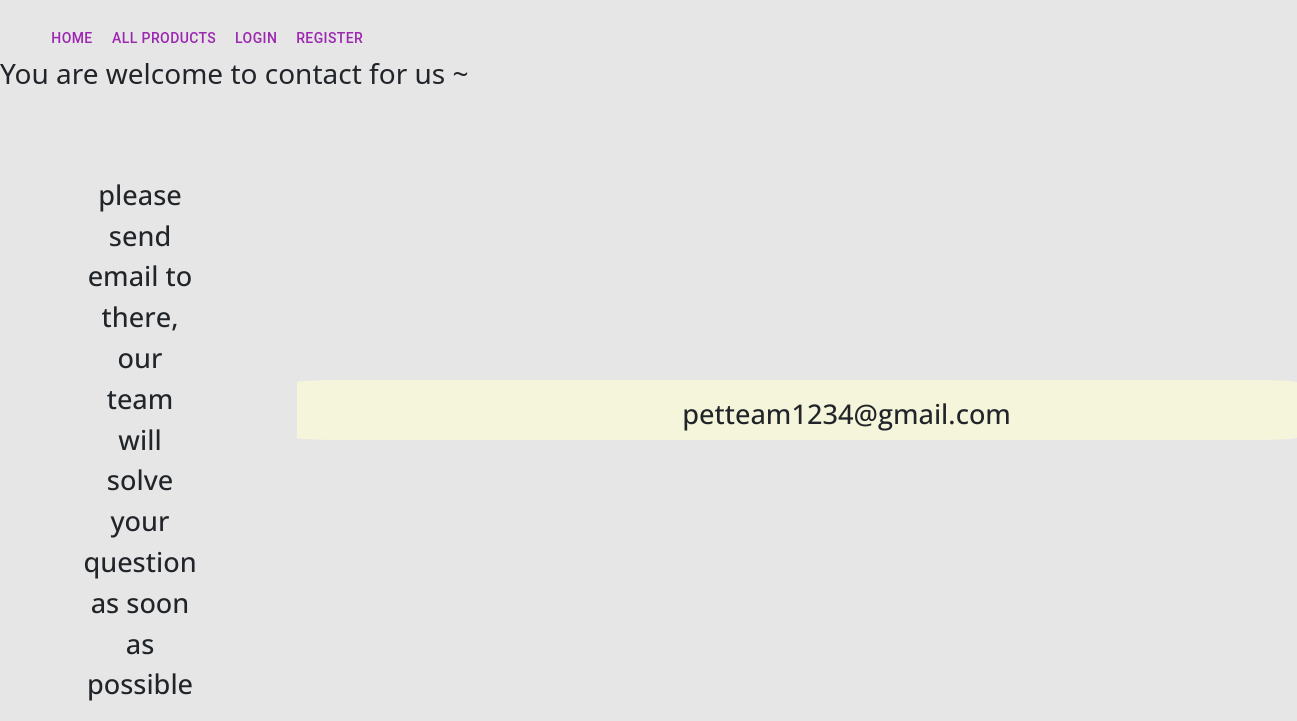
Repository: dzwfighting/pet
Page: /contact
These files come from the project's save history. The page is drawn as it stood at one moment and after the next save; the edit follows.
The browser window is 1280 px wide. The page is 1297 px wide, then 1280 px, then 1297 px, so the pictures cover 1297 px, including what lies to the right of the window. The pictures show the whole page.
The project was rebuilt for these pictures with package versions that can differ from the ones it lists, and the page was loaded fresh each time. Also part of the build but not shown: src/components/homeComponent.js, src/components/Layout.js, src/components/checkoutComponent.js, src/fake-data/products.js, src/styles/css/cart.css, src/components/ShopCartComponent.js, src/components/productsDetail.js, src/manipulate/checkValid.js and 10 more.

Above is the page before, as saved 2023-08-20 10:06:00.

After the next save:
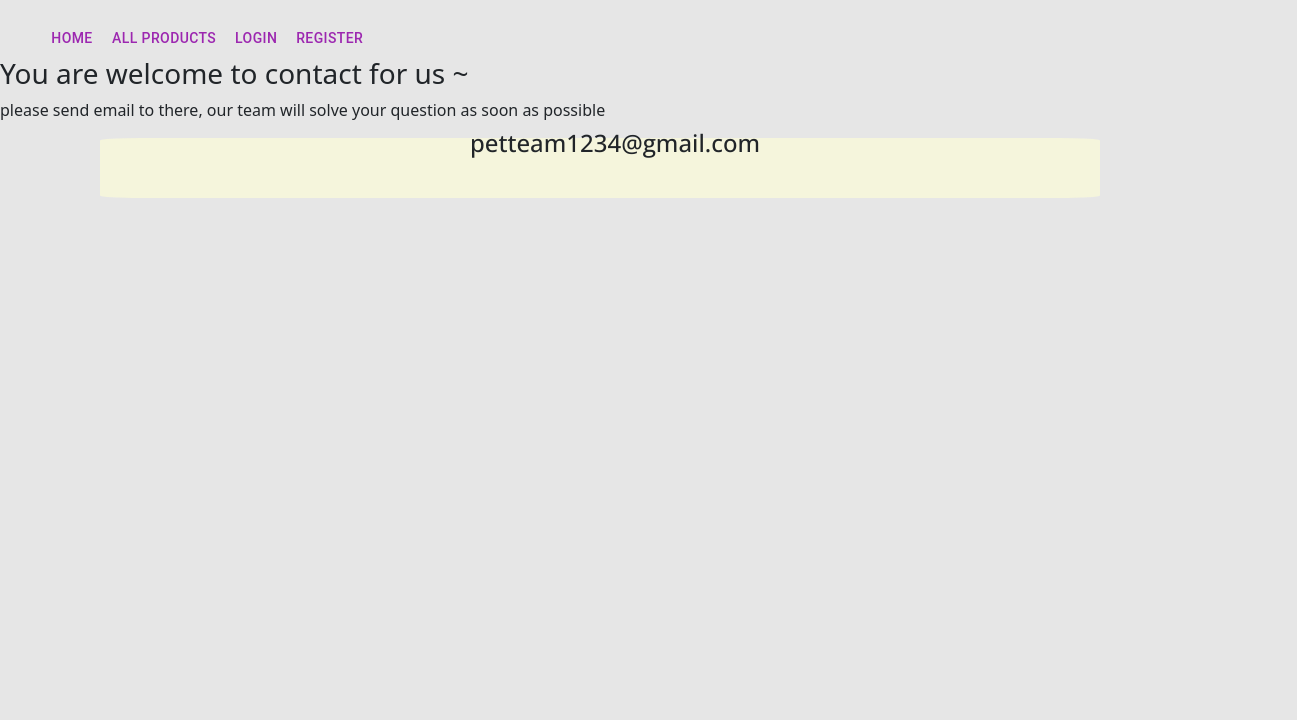
Saved 20 s later.
--- a/src/components/Contactus.js
+++ b/src/components/Contactus.js
@@ -11,7 +11,7 @@ const Contactus = () => {
     <div>
       <NavComponent />
       <h3>You are welcome to contact for us ~</h3>
-      <div className="containerSet">
+      <div className="contactContainerSet">
         <p>
           please send email to there, our team will solve your question as soon
           as possible

After the save that followed:
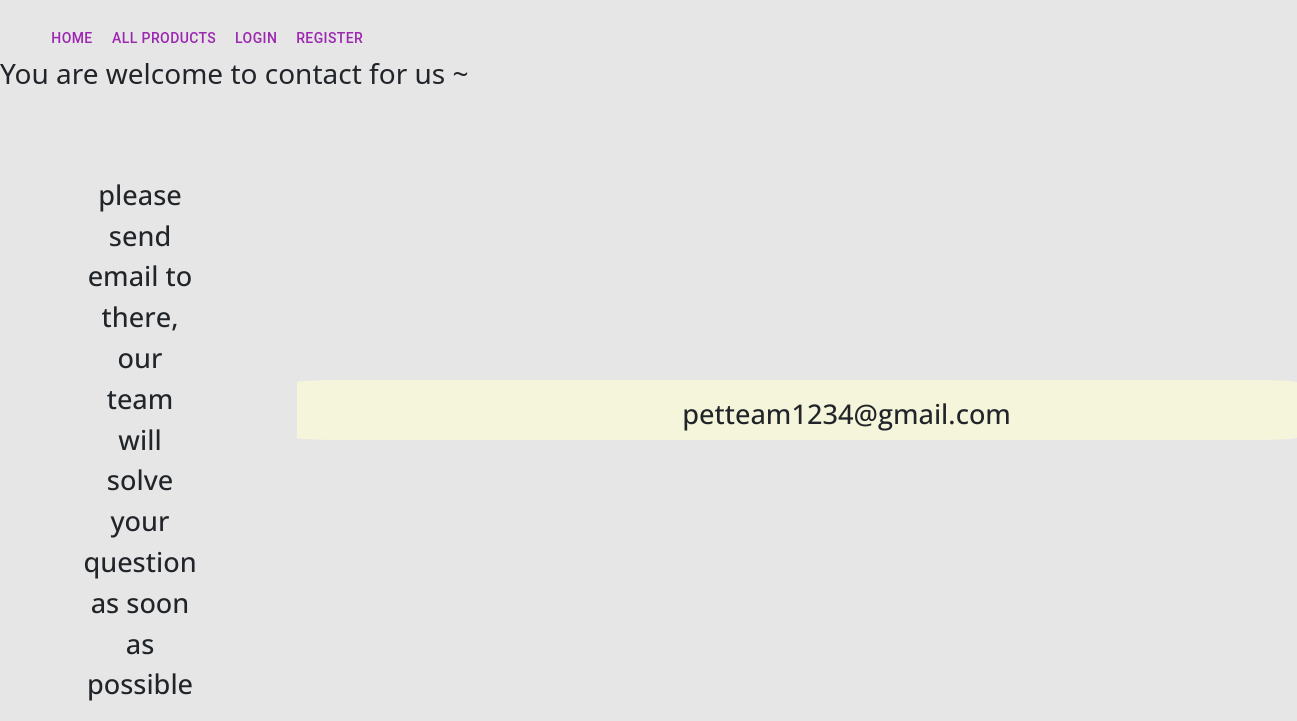
Saved 62 s later.
--- a/src/styles/css/contact.css
+++ b/src/styles/css/contact.css
@@ -1,5 +1,5 @@
 @import url("https://fonts.googleapis.com/css2?family=Open+Sans:wght@500&display=swap");
-.containerSet h3 {
+.contactContainerSet h3 {
   display: flex;
   justify-content: center;
   align-items: center;
@@ -8,7 +8,7 @@
   margin-left: 5%;
   font-size: 1.8rem;
 }
-.containerSet p {
+.contactContainerSet p {
   font-family: "Open Sans", sans-serif;
   margin-top: 6%;
   font-size: 1.5rem;
@@ -33,7 +33,7 @@
 }
 
 @media screen and (min-width: 1025px) {
-  .containerSet h3 {
+  .contactContainerSet h3 {
     display: flex;
     justify-content: center;
     align-items: center;
@@ -42,13 +42,13 @@
     font-size: 2.5rem;
     font-weight: 900;
   }
-  .containerSet {
-    display: flex;
-    justify-content: center;
-    align-items: center;
-    text-align: center;
-  }
-  .containerSet p {
+  .contactContainerSet {
+    display: flex;
+    justify-content: center;
+    align-items: center;
+    text-align: center;
+  }
+  .contactContainerSet p {
     display: flex;
     justify-content: center;
     align-items: center;
@@ -85,7 +85,7 @@
   }
 }
 @media screen and (min-width: 769px) and (max-width: 1024px) {
-  .containerSet h3 {
+  .contactContainerSet h3 {
     display: flex;
     justify-content: center;
     align-items: center;
@@ -95,13 +95,13 @@
     font-size: 2rem;
     font-weight: 900;
   }
-  .containerSet {
-    display: flex;
-    justify-content: center;
-    align-items: center;
-    text-align: center;
-  }
-  .containerSet p {
+  .contactContainerSet {
+    display: flex;
+    justify-content: center;
+    align-items: center;
+    text-align: center;
+  }
+  .contactContainerSet p {
     display: flex;
     justify-content: center;
     align-items: center;
@@ -138,7 +138,7 @@
   }
 }
 @media screen and (min-width: 481px) and (max-width: 768px) {
-  .containerSet h3 {
+  .contactContainerSet h3 {
     display: flex;
     justify-content: center;
     align-items: center;
@@ -149,12 +149,12 @@
     margin-left: 5px;
     margin-right: 5px;
   }
-  .containerSet {
-    display: flex;
-    justify-content: center;
-    align-items: center;
-  }
-  .containerSet p {
+  .contactContainerSet {
+    display: flex;
+    justify-content: center;
+    align-items: center;
+  }
+  .contactContainerSet p {
     display: flex;
     justify-content: center;
     align-items: center;
@@ -189,7 +189,7 @@
   }
 }
 @media screen and (max-width: 480px) {
-  .containerSet h3 {
+  .contactContainerSet h3 {
     justify-content: center;
     align-items: center;
     font-family: "Open Sans", sans-serif;
@@ -199,7 +199,7 @@
     /* margin-left: 10px;
     margin-right: 10px; */
   }
-  .containerSet {
+  .contactContainerSet {
     /* display: flex; */
     justify-content: center;
     align-items: center;
@@ -207,7 +207,7 @@
     border-radius: 1%;
     width: 90vw;
   }
-  .containerSet p {
+  .contactContainerSet p {
     width: 300px;
     text-align: center;
     font-family: "Open Sans", sans-serif;
